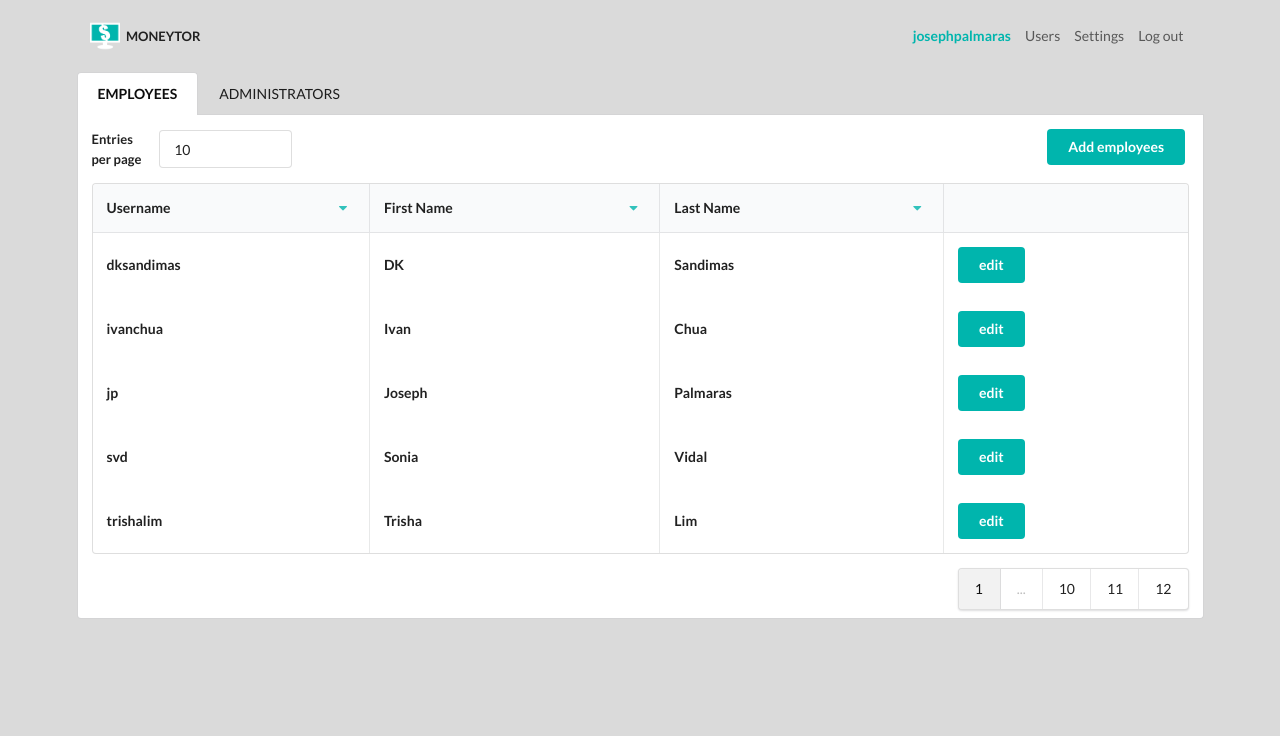
Repository: TV5/MoneyTor
Page: Workspace/MoneyTor/war/users.html
An editor plug-in stored every save of this project. The page is shown before and after the next save, followed by the edit.
The browser window is 1280 px wide. The pictures show the whole page.

Above is the page before, as saved 2015-10-08 05:44:48.

### Workspace/MoneyTor/war/users.html
<!DOCTYPE html>
<html>
<head>
<!-- Standard Meta -->
<meta charset="utf-8" />
<meta http-equiv="X-UA-Compatible" content="IE=edge,chrome=1" />
<meta name="viewport"
	content="width=device-width, initial-scale=1.0, maximum-scale=1.0">

<!-- Site Properities -->
<title>User Management</title>
<link rel="stylesheet" type="text/css" href="../dist/semantic.css">
<link rel="stylesheet" type="text/css" href="../dist/semantic.min.css">
<script src="assets/library/jquery.min.js"></script>
<script src="../dist/components/form.js"></script>
<script src="../dist/components/transition.js"></script>
<script src="../dist/components/tab.min.js"></script>
<script src="../dist/components/modal.min.js"></script>
<script src="../dist/components/dimmer.min.js"></script>
<script src="../dist/components/transition.min.js"></script>

<style type="text/css">
body {
	background-color: #DADADA;
}

body>.grid {
	height: 100%;
}

.image {
	margin-top: -100px;
}

.column {
	max-width: 450px;
}

.firstmenu {
	padding-left: 20px;
	padding-right: 20px;
	padding-top: 0px;
}

a {
	color: #00b5ad;
}

.link {
	color: #00b5ad !important;
}
  </style>
</head>
<body>

<div class="ui container">
	<div class="ui text menu firstmenu" width="100%">
	  <img src="assets/images/logo.png" style="width:30px;height:30px;margin-top:5px">
	  <div class="header item">MONEYTOR </div>


	  <div class="right menu">
	   <a class="item link">
	     <b>josephpalmaras</b>
	   </a>
	   <a class="item">
	     Users
	   </a>
	   <a id="settingsLink" class="item">
	     Settings
	   </a>
	   <a id="logoutLink" class="ui item">
	      Log out
	    </a>
	  </div>
	</div>
	<div class="ui top attached tabular menu">
	  <a data-tab="employeesTab" class="item active" >
	    EMPLOYEES
	  </a>
	  <a data-tab="administratorsTab" class="item">
	    ADMINISTRATORS
	  </a>
	</div>


		<div class="ui bottom attached tab segment active" data-tab="employeesTab" style="padding-bottom:50px">
			<div class="ui form ">
		  	<div class="inline fields" style="float:left">
		    <div class="eleven wide field">
		      <label>Entries per page</label>
		      <input type="number" value="10">
		    </div>

		    </div>
		    <div class="three wide feild" style="float:right">
			    <button class="ui button teal" id="addemployeeBtn">Add employees</button>
		    </div>
		  </div>
			<table class="ui celled padded table">
				<thead>
					<tr>
						<th>Username <i class="dropdown icon link"
							style="float: right"></i></th>
						<th>First Name <i class="dropdown icon link"
							style="float: right"></i></th>
						<th>Last Name <i class="dropdown icon link"
							style="float: right"></i></th>
						<th></th>
					</tr>
				</thead>
				<tbody>
					<tr>
						<th>dksandimas</th>
						<th>DK</th>
						<th>Sandimas</th>
						<th><button class="ui button teal" id="editemployeeBtn">edit</button></th>
					</tr>
					<tr>
						<th>ivanchua</th>
						<th>Ivan</th>
						<th>Chua</th>
						<th><button class="ui button teal" id="editemployeeBtn">edit</button></th>
					</tr>
					<tr>
						<th>jp</th>
						<th>Joseph</th>
						<th>Palmaras</th>
						<th><button class="ui button teal" id="editemployeeBtn">edit</button></th>
					</tr>
					<tr>
						<th>svd</th>
						<th>Sonia</th>
						<th>Vidal</th>
						<th><button class="ui button teal" id="editemployeeBtn">edit</button></th>
					</tr>
					<tr>
						<th>trishalim</th>
						<th>Trisha</th>
						<th>Lim</th>
						<th><button class="ui button teal" id="editemployeeBtn">edit</button></th>
					</tr>
				</tbody>
			</table>

			<div class="ui pagination menu right" style="float:right">
			  <a class="active item">
			    1
			  </a>
			  <div class="disabled item">
			    ...
			  </div>
			  <a class="item">
			    10
			  </a>
			  <a class="item">
			    11
			  </a>
			  <a class="item">
			    12
			  </a>
			</div>
		</div>
		<div class="ui bottom attached tab segment" data-tab="administratorsTab" style="padding-bottom:50px">
			<div class="ui form ">
		  	<div class="inline fields" style="float:left">
		    <div class="eleven wide field">
		      <label>Entries per page</label>
		      <input type="number" value="10">
		    </div>

		    </div>
		    <div class="three wide feild" style="float:right">
			    <button class="ui button teal" id="addadministratorBtn">Add administrators</button>
		    </div>
		  </div>
			<table class="ui celled padded table">
				<thead>
					<tr>
						<th>Username <i class="dropdown icon link"
							style="float: right"></i></th>
						<th>First Name <i class="dropdown icon link"
							style="float: right"></i></th>
						<th>Last Name <i class="dropdown icon link"
							style="float: right"></i></th>
						<th></th>
					</tr>
				</thead>
				<tbody>
					<tr>
						<th>dksandimas</th>
						<th>DK</th>
						<th>Sandimas</th>
						<th><button class="ui button teal" id="editadministratorBtn">edit</button></th>
					</tr>
					<tr>
						<th>ivanchua</th>
						<th>Ivan</th>
						<th>Chua</th>
						<th><button class="ui button teal" id="editadministratorBtn">edit</button></th>
					</tr>
					<tr>
						<th>jp</th>
						<th>Joseph</th>
						<th>Palmaras</th>
						<th><button class="ui button teal" id="editadministratorBtn">edit</button></th>
					</tr>

				</tbody>
			</table>

			<div class="ui pagination menu right" style="float: right">
				<a class="active item"> 1 </a>
				<div class="disabled item">...</div>
				<a class="item"> 10 </a> <a class="item"> 11 </a> <a class="item">
					12 </a>
			</div>
		</div>
	</div>


		<!-- employee INFORMATION  -->
		<div id="addemployee" class="ui modal">
			<div class="header">Employee</div>
			<div class="content">
				<form class="ui form">

					<div class="inline fields">
						<div class="two wide field">
							<label>First Name</label>
						</div>
						<div class="seven wide field">
							<input type="text">
						</div>
					</div>

					<div class="inline fields">
						<div class="two wide field">
							<label>Last Name</label>
						</div>
						<div class="seven wide field">
							<input type="text">
						</div>
					</div>

					<div class="inline fields">
						<div class="two wide field">
							<label>Username</label>
						</div>
						<div class="seven wide field">
							<input type="text">
						</div>
					</div>

					<div class="inline fields">
						<div class="two wide field">
							<label>Password</label>
						</div>
						<div class="seven wide field">
							<input type="number">
						</div>
					</div>

					<div class="inline fields">
						<div class="two wide field">
							<label>Confirm Password</label>
						</div>
						<div class="seven wide field">
							<input type="number">
						</div>
					</div>
				</form>
			</div>
			<div class="actions">
				<div class="ui approve button">Save</div>
				<div class="ui button">Add More</div>
				<div class="ui cancel button">Cancel</div>
			</div>
		</div>

		<!-- administrator INFORMATION  -->
		<div id="addadministrator" class="ui modal">
			<div class="header">Administrator</div>
			<div class="content">
				<form class="ui form">

					<div class="inline fields">
						<div class="two wide field">
							<label>First Name</label>
						</div>
						<div class="seven wide field">
							<input type="text">
						</div>
					</div>

					<div class="inline fields">
						<div class="two wide field">
							<label>Last Name</label>
						</div>
						<div class="seven wide field">
							<input type="text">
						</div>
					</div>

					<div class="inline fields">
						<div class="two wide field">
							<label>Username</label>
						</div>
						<div class="seven wide field">
							<input type="text">
						</div>
					</div>

					<div class="inline fields">
						<div class="two wide field">
							<label>Password</label>
						</div>
						<div class="seven wide field">
							<input type="number">
						</div>
					</div>

					<div class="inline fields">
						<div class="two wide field">
							<label>Confirm Password</label>
						</div>
						<div class="seven wide field">
							<input type="number">
						</div>
					</div>
				</form>
			</div>
			<div class="actions">
				<div class="ui approve button">Save</div>
				<div class="ui button">Add More</div>
				<div class="ui cancel button">Cancel</div>
			</div>
		</div>

<!-- edit employee INFORMATION  -->
		<div id="editemployee" class="ui modal">
			<div class="header">employee</div>
			<div class="content">
				<form class="ui form">

					<div class="inline fields">
						<div class="two wide field">
							<label>First Name</label>
						</div>
						<div class="seven wide field">
							<input type="text" value="Trisha">
						</div>
					</div>

					<div class="inline fields">
						<div class="two wide field">
							<label>Last Name</label>
						</div>
						<div class="seven wide field">
							<input type="text" value="Lim">
						</div>
					</div>

					<div class="inline fields">
						<div class="two wide field">
							<label>Username</label>
						</div>
						<div class="seven wide field">
							<input type="text" value="trishalim">
						</div>
					</div>

					<div class="inline fields">
						<div class="two wide field">
							<label>Password</label>
						</div>
						<div class="seven wide field">
							<input type="number" value="*******">
						</div>
					</div>

					<div class="inline fields">
						<div class="two wide field">
							<label>Confirm Password</label>
						</div>
						<div class="seven wide field">
							<input type="number">
						</div>
					</div>
				</form>
			</div>
			<div class="actions">
				<div class="ui approve button">Save</div>
				<div class="ui button">Change Status</div>
				<div class="ui cancel button">Cancel</div>
			</div>
		</div>

		<!-- edit administrator INFORMATION  -->
		<div id="editadministrator" class="ui modal">
			<div class="header">Administrator</div>
			<div class="content">
				<form class="ui form">

					<div class="inline fields">
						<div class="two wide field">
							<label>First Name</label>
						</div>
						<div class="seven wide field">
							<input type="text" value="Trisha">
						</div>
					</div>

					<div class="inline fields">
						<div class="two wide field">
							<label>Last Name</label>
						</div>
						<div class="seven wide field">
							<input type="text" value="Lim">
						</div>
					</div>

					<div class="inline fields">
						<div class="two wide field">
							<label>Username</label>
						</div>
						<div class="seven wide field">
							<input type="text" value="trishalim">
						</div>
					</div>

					<div class="inline fields">
						<div class="two wide field">
							<label>Password</label>
						</div>
						<div class="seven wide field">
							<input type="number" value="*******">
						</div>
					</div>

					<div class="inline fields">
						<div class="two wide field">
							<label>Confirm Password</label>
						</div>
						<div class="seven wide field">
							<input type="number">
						</div>
					</div>
				</form>
			</div>
			<div class="actions">
				<div class="ui approve button">Save</div>
				<div class="ui button">Change Status</div>
				<div class="ui cancel button">Cancel</div>
			</div>
		</div>

		<div id="logout" class="ui small test modal transition"
			style="margin-top: -92.5px;">
			<div class="header">Log out</div>
			<div class="content">
				<p>Are you sure you want to log out of your account</p>
			</div>
			<div class="actions">
				<div class="ui negative button">No</div>
				<div class="ui positive right labeled icon button">
					Yes <i class="checkmark icon"></i>
				</div>
			</div>
		</div>

</div>

<!-- RECEIVABLE INFORMATION -->
<div id="addReceivable" class="ui modal">
  <div class="header">Account Receivable</div>
  <div class="content">
    <form class="ui form">

    	<div class="inline fields">
		    <div class="two wide field">
		      <label>administrator Name</label>
		    </div>
		    <div class="fourteen wide field">
		      <input type="text">
		    </div>
		</div>

    	<div class="inline fields">
		    <div class="two wide field">
		      <label>Official Receipt Number</label>
		    </div>
		    <div class="fourteen wide field">
		      <input type="text">
		    </div>
		</div>

		<div class="inline fields">
		    <div class="two wide field">
		      <label>Amount</label>
		    </div>
		    <div class="fourteen wide field">
		      <input type="number">
		    </div>
		</div>

		<div class="inline fields">
		    <div class="two wide field">
		      <label>Transaction Date</label>
		    </div>
		    <div class="fourteen wide field">
		      <input type="date">
		    </div>
		</div>

		<div class="inline fields">
		    <div class="two wide field">
		      <label>Due Date</label>
		    </div>
		    <div class="fourteen wide field">
		      <input type="date">
		    </div>
		</div>


    </form>
  </div>
  <div class="actions">
    <div class="ui approve button teal">Save</div>
    <div class="ui button teal">Add More</div>
    <div class="ui cancel button teal">Cancel</div>
  </div>
</div>

<!-- PAYABLE INFORMATION -->
<div id="addPayable" class="ui modal">
  <div class="header">Account Payable</div>
  <div class="content">
    <form class="ui form">

    	<div class="inline fields">
		    <div class="two wide field">
		      <label>Employee Name</label>
		    </div>
		    <div class="fourteen wide field">
		      <input type="text">
		    </div>
		</div>

    	<div class="inline fields">
		    <div class="two wide field">
		      <label>Official Receipt Number</label>
		    </div>
		    <div class="fourteen wide field">
		      <input type="text">
		    </div>
		</div>

		<div class="inline fields">
		    <div class="two wide field">
		      <label>Amount</label>
		    </div>
		    <div class="fourteen wide field">
		      <input type="number">
		    </div>
		</div>

		<div class="inline fields">
		    <div class="two wide field">
		      <label>Transaction Date</label>
		    </div>
		    <div class="fourteen wide field">
		      <input type="date">
		    </div>
		</div>

		<div class="inline fields">
		    <div class="two wide field">
		      <label>Due Date</label>
		    </div>
		    <div class="fourteen wide field">
		      <input type="date">
		    </div>
		</div>


    </form>
  </div>
  <div class="actions">
    <div class="ui approve button teal">Save</div>
    <div class="ui button teal">Add More</div>
    <div class="ui cancel button teal">Cancel</div>
  </div>
</div>


<!-- employee INFORMATION  -->
<div id="addemployee" class="ui modal">
  <div class="header">Employee</div>
  <div class="content">
    <form class="ui form">

    	<div class="inline fields">
		    <div class="two wide field">
		      <label>Name</label>
		    </div>
		    <div class="fourteen wide field">
		      <input type="text">
		    </div>
		</div>

    	<div class="inline fields">
		    <div class="two wide field">
		      <label>Address</label>
		    </div>
		    <div class="fourteen wide field">
		      <input type="text">
		    </div>
		</div>

    	<div class="inline fields">
		    <div class="two wide field">
		      <label>Contact Number</label>
		    </div>
		    <div class="fourteen wide field">
		      <input type="text">
		    </div>
		</div>

    	<div class="inline fields">
		    <div class="two wide field">
		      <label>Terms</label>
		    </div>
		    <div class="seven wide field">
		      <input type="number">
		    </div>
		    <div class="seven wide field">
		      <select class="ui fluid dropdown">
    			<option value="">days</option>
    			<option value="">weeks</option>
    			<option value="">months</option>
    			<option value="">years</option>
    		  </select>
		    </div>
		</div>

    </form>
  </div>
  <div class="actions">
    <div class="ui approve button">Save</div>
    <div class="ui button">Add More</div>
    <div class="ui cancel button">Cancel</div>
  </div>
</div>

<!-- administrator INFORMATION  -->
<div id="addadministrator" class="ui modal">
  <div class="header">Administrator</div>
  <div class="content">
    <form class="ui form">

    	<div class="inline fields">
		    <div class="two wide field">
		      <label>Name</label>
		    </div>
		    <div class="fourteen wide field">
		      <input type="text">
		    </div>
		</div>

    	<div class="inline fields">
		    <div class="two wide field">
		      <label>Address</label>
		    </div>
		    <div class="fourteen wide field">
		      <input type="text">
		    </div>
		</div>

    	<div class="inline fields">
		    <div class="two wide field">
		      <label>Contact Number</label>
		    </div>
		    <div class="fourteen wide field">
		      <input type="text">
		    </div>
		</div>

    	<div class="inline fields">
		    <div class="two wide field">
		      <label>Terms</label>
		    </div>
		    <div class="seven wide field">
		      <input type="number">
		    </div>
		    <div class="seven wide field">
		      <select class="ui fluid dropdown">
    			<option value="">days</option>
    			<option value="">weeks</option>
    			<option value="">months</option>
    			<option value="">years</option>
    		  </select>
		    </div>
		</div>

    </form>
  </div>
  <div class="actions">
    <div class="ui approve button">Save</div>
    <div class="ui button">Add More</div>
    <div class="ui cancel button">Cancel</div>
  </div>
</div>
<div id="userSettings" class="ui modal">
  <div class="header">User Settings</div>
  <div class="content">
    <form class="ui form">

    	<div class="inline fields">
		    <div class="two wide field">
		      <label>Username</label>
		    </div>
		    <div class="eight wide field">
		      <label id="username">josephpalmaras</label>
		      <input id="usernametxt" type="text" value="josephpalmaras" disabled/>
		    </div>
		</div>
		<div class="inline fields">
		    <div class="two wide field">
		      <label>First Name</label>
		    </div>
		    <div class="eight wide field">
		    	<label id="fname">Joseph Gabriell</label>
		      <input id="fnametxt" type="text" value="Joseph Gabriell"/>
		    </div>
		</div>
		<div class="inline fields">
		    <div class="two wide field">
		      <label>Last Name</label>
		    </div>
		    <div class="eight wide field">
		    	<label id="lname">Palmaras</label>
		      <input id="lnametxt" type="text" value="Palmaras"/>
		    </div>
		</div>
		<div id="currPass" class="inline fields">
		    <div class="two wide field">
		      <label>Password</label>
		    </div>
		    <div class="eight wide field">
		      <text>********</text> <a id="changepass" href="#" onclick="changePassword()">change password</a>
		    </div>
		</div>
		<div id="newPass">
			<div class="inline fields">
			    <div class="two wide field">
			      <label>Current Password</label>
			    </div>
			    <div class="eight wide field">
			      <input type="text"/>
			    </div>
			</div>
			<div class="inline fields">
			    <div class="two wide field">
			      <label>New Password</label>
			    </div>
			    <div class="eight wide field">
			      <input type="text"/>
			    </div>
			</div>
			<div class="inline fields">
			    <div class="two wide field">
			      <label>Confirm New Password</label>
			    </div>
			    <div class="eight wide field">
			      <input type="text"/>
			    </div>
			</div>
		</div>
    </form>
  </div>
		<div class="actions">
			<div id="editBtn" class="ui button teal" onclick="edit()">Edit</div>
			<div id="saveBtn" class="ui button teal" onclick="edit()">Save</div>
		    <div class="ui cancel button teal" onclick="cancelEdit()">Cancel</div>
		</div>
</div>
<div id="logout" class="ui small test modal transition" style="margin-top: -92.5px;">
    <div class="header">
      Log out
    </div>
    <div class="content">
      <p>Are you sure you want to log out of your account</p>
    </div>
    <div class="actions">
      <div class="ui negative button">
        No
      </div>
      <div class="ui positive right labeled icon button">
        Yes
        <i class="checkmark icon"></i>
      </div>
    </div>
  </div>
</div>
</body>
<script type="text/javascript">
	  //user settings
	$('#fnametxt').hide();
	$('#usernametxt').hide();
	$('#lnametxt').hide();
	$('#changepass').hide();
	$('#saveBtn').hide();
	$('#newPass').hide();

	function edit(){
		$('#saveBtn').toggle();
		$('#username').toggle();
		$('#fname').toggle();
		$('#lname').toggle();
		$('#usernametxt').toggle();
		$('#fnametxt').toggle();
		$('#lnametxt').toggle();
		$('#editBtn').toggle();
		$('#changepass').toggle();
	}

	function changePassword(){
		$('#currPass').toggle();
		$('#newPass').toggle();
	}

	function cancelEdit(){
		$('#saveBtn').toggle();
		$('#username').toggle();
		$('#fname').toggle();
		$('#lname').toggle();
		$('#usernametxt').toggle();
		$('#fnametxt').toggle();
		$('#lnametxt').toggle();
		$('#editBtn').toggle();
		$('#changepass').toggle();
		$('#currPass').toggle();
		$('#newPass').toggle();
	}
	//-----end user settings
	$('.top.menu .item').tab();

	$('#addemployeeBtn').click(function(){
		$('#addemployee').modal('show');
	});

	$('#addadministratorBtn').click(function(){
		$('#addadministrator').modal('show');
	});

	$('#editemployeeBtn').click(function() {
		$('#editemployee').modal('show');
	});

	$('#editadministratorBtn').click(function() {
		$('#editadministrator').modal('show');
	});

	$('#settingsLink').click(function(){

		$('#userSettings').modal('show');
	});

	$('#logoutLink').click(function(){
		$('#logout').modal('show');
	});

</script>
</html>

Loaded but not shown: Workspace/MoneyTor/war/dist/semantic.css (library); Workspace/MoneyTor/war/dist/semantic.min.css (library); Workspace/MoneyTor/war/assets/library/jquery.min.js (library); Workspace/MoneyTor/war/dist/components/tab.min.js (library); Workspace/MoneyTor/war/dist/components/modal.min.js (library); Workspace/MoneyTor/war/dist/components/dimmer.min.js (library); Workspace/MoneyTor/war/dist/components/transition.min.js (library); Workspace/MoneyTor/war/dist/components/form.js (1308 lines, source omitted); Workspace/MoneyTor/war/dist/components/transition.js (1072 lines, source omitted)

After the next save:
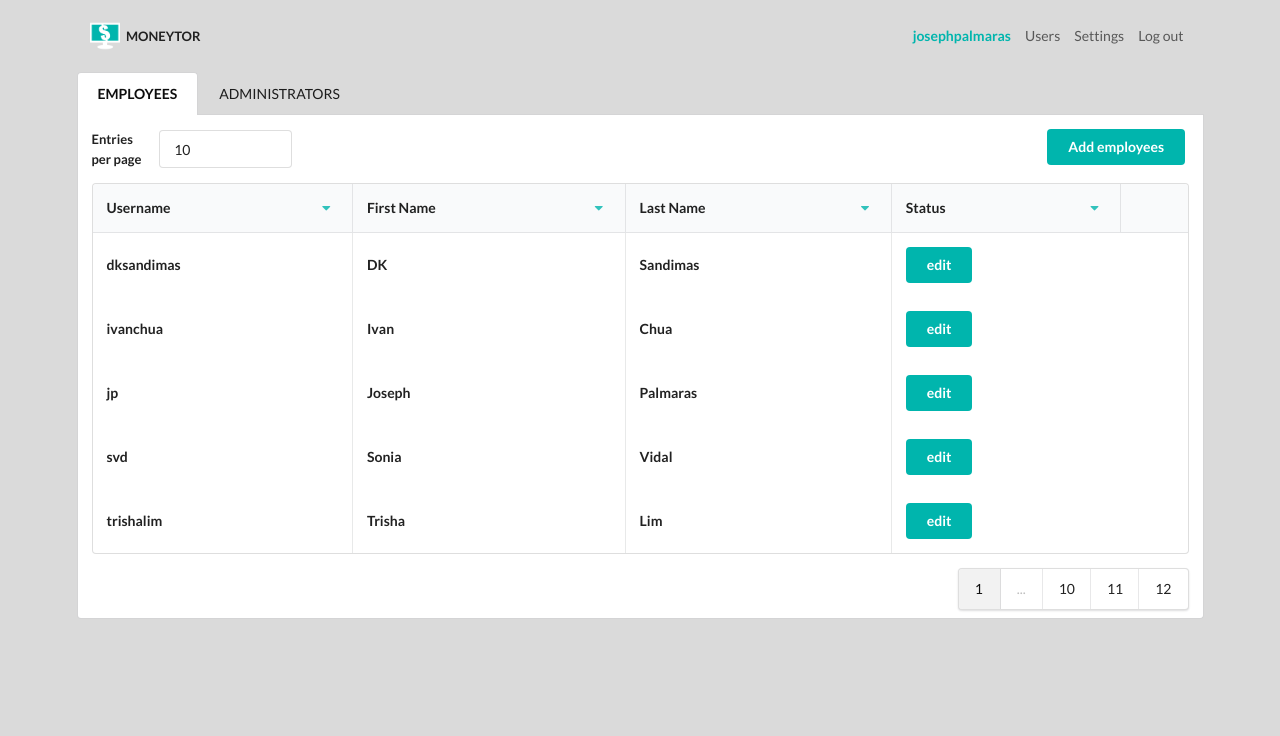
Saved 38 s later.
--- a/Workspace/MoneyTor/war/users.html
+++ b/Workspace/MoneyTor/war/users.html
@@ -106,6 +106,8 @@ a {
 							style="float: right"></i></th>
 						<th>Last Name <i class="dropdown icon link"
 							style="float: right"></i></th>
+						<th>Status <i class="dropdown icon link"
+							style="float: right"></i></th>
 						<th></th>
 					</tr>
 				</thead>
